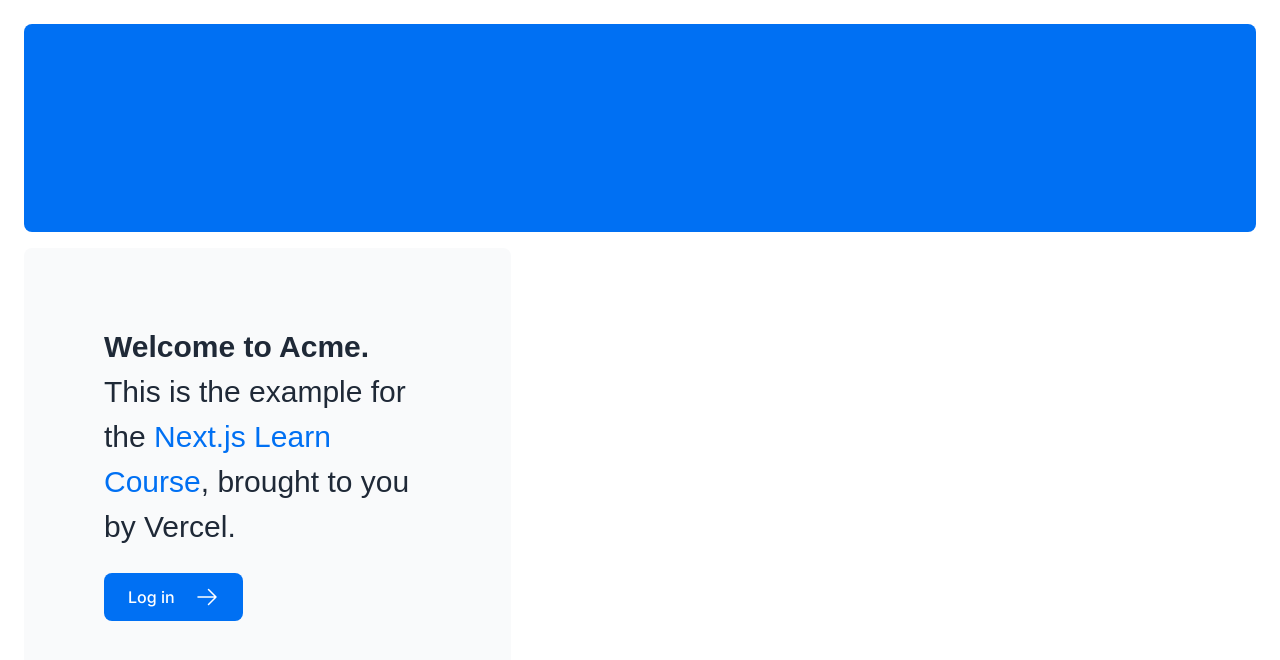
Repository: nooruddine/nfa-app
Page: /
The author's editor kept a copy of each file at every save. The page is drawn from the files as they stood at one save, then again after the next save.
The browser window is 1280 px wide. The pictures show the whole page.
Some web fonts or font styles are not loaded; a fallback is used. The project was rebuilt for these pictures with package versions that can differ from the ones it lists, and the page was loaded fresh each time. The framework's server and built-in components were replaced by stand-ins that run in the browser. Also part of the build but not shown: next.config.mjs.

Above is the page before, as saved 2024-08-22 23:34:55.

### app/layout.tsx

import '@/app/ui/global.css';
import { inter } from '@/app/ui/fonts';

export default function RootLayout({
  children,
}: {
  children: React.ReactNode;
}) {
  return (
    <html lang="en">
      <body className={`${inter.className} antialiased`}>{children}</body>
    </html>
  );
}

### app/page.tsx
import AcmeLogo from '@/app/ui/acme-logo';
import { ArrowRightIcon } from '@heroicons/react/24/outline';
import Link from 'next/link';
import styles from '@/app/ui/home.module.css';
import {lusitana} from '@/app/ui/fonts';

export default function Page() {
  return (
    <main className="flex min-h-screen flex-col p-6">
      <div className="flex h-20 shrink-0 items-end rounded-lg bg-blue-500 p-4 md:h-52">
        {/* <AcmeLogo /> */}
      </div>
      <div className="mt-4 flex grow flex-col gap-4 md:flex-row">
        <div className="flex flex-col justify-center gap-6 rounded-lg bg-gray-50 px-6 py-10 md:w-2/5 md:px-20">
          <p className={`text-xl text-gray-800 md:text-3xl md:leading-normal ${lusitana.className}`}>
            <strong>Welcome to Acme.</strong> This is the example for the{' '}
            <a href="https://nextjs.org/learn/" className="text-blue-500">
              Next.js Learn Course
            </a>
            , brought to you by Vercel.
          </p>
          <Link
            href="/login"
            className="flex items-center gap-5 self-start rounded-lg bg-blue-500 px-6 py-3 text-sm font-medium text-white transition-colors hover:bg-blue-400 md:text-base"
          >
            <span>Log in</span> <ArrowRightIcon className="w-5 md:w-6" />
          </Link>
        </div>
        <div className="flex items-center justify-center p-6 md:w-3/5 md:px-28 md:py-12">
          {/* Add Hero Images Here */}
        </div>
      </div>
    </main>
  );
}

### app/ui/fonts.ts
import {Inter , Lusitana} from 'next/font/google';


export const inter = Inter({subsets: ['latin']});
export const lusitana = Lusitana({
    weight: ['400', '700'],
    subsets: ['latin'],
  });

Loaded but not shown: app/ui/global.css (common file); tailwind.config.ts (common file); app/ui/acme-logo.tsx (common file)

After the next save:
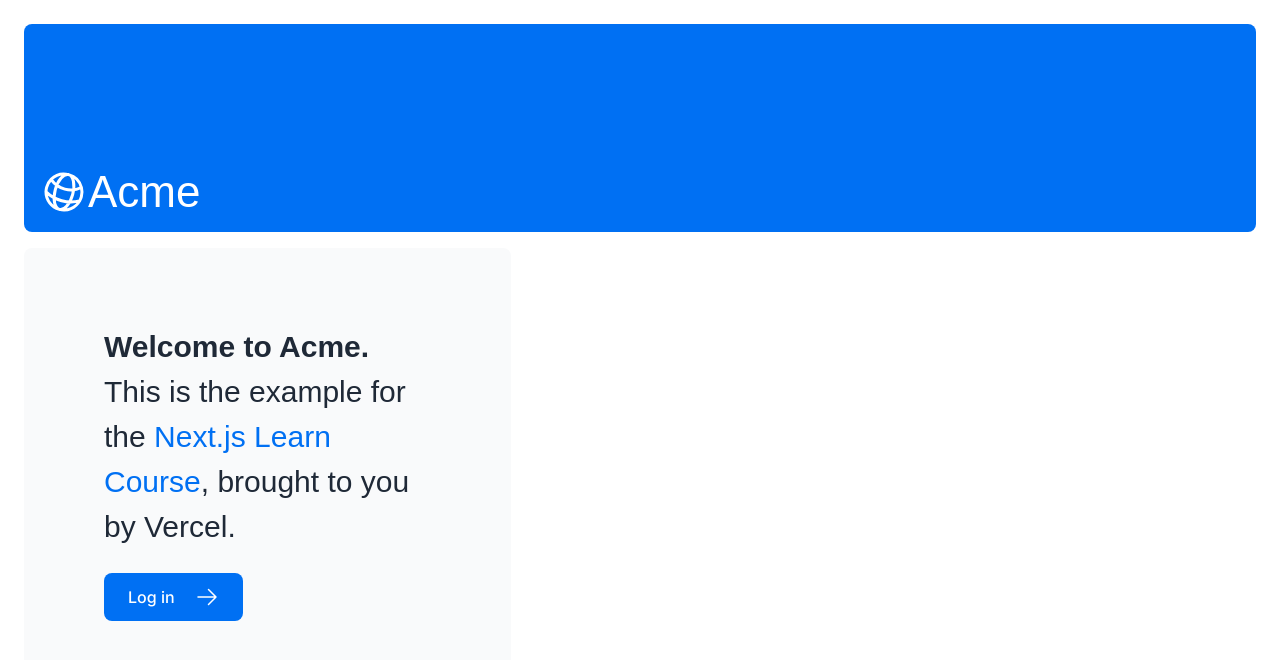
Saved 2 min 22 s later.
--- a/app/page.tsx
+++ b/app/page.tsx
@@ -8,7 +8,7 @@
   return (
     <main className="flex min-h-screen flex-col p-6">
       <div className="flex h-20 shrink-0 items-end rounded-lg bg-blue-500 p-4 md:h-52">
-        {/* <AcmeLogo /> */}
+        <AcmeLogo />
       </div>
       <div className="mt-4 flex grow flex-col gap-4 md:flex-row">
         <div className="flex flex-col justify-center gap-6 rounded-lg bg-gray-50 px-6 py-10 md:w-2/5 md:px-20">

After the 2 saves that followed:
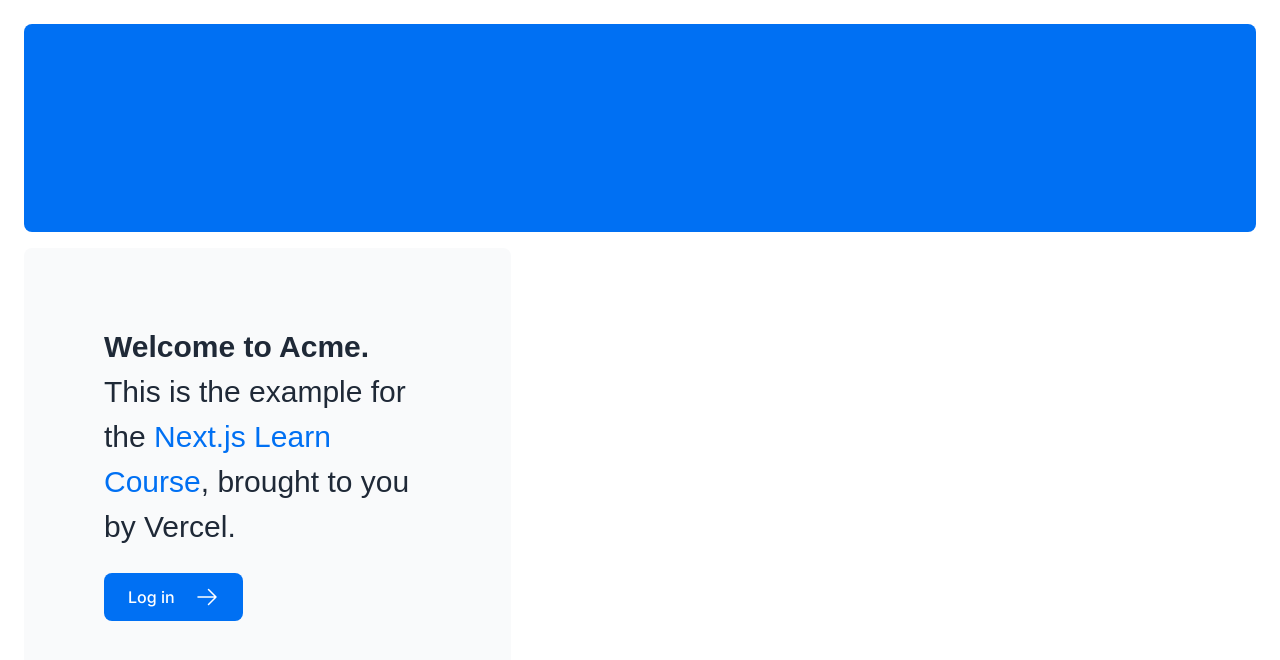
The 2 saves are shown as one change because 1 left the picture as it was.
The last was saved 2 min 58 s later.
--- a/app/page.tsx
+++ b/app/page.tsx
@@ -8,7 +8,8 @@
   return (
     <main className="flex min-h-screen flex-col p-6">
       <div className="flex h-20 shrink-0 items-end rounded-lg bg-blue-500 p-4 md:h-52">
-        <AcmeLogo />
+        {/* <AcmeLogo /> */}
+
       </div>
       <div className="mt-4 flex grow flex-col gap-4 md:flex-row">
         <div className="flex flex-col justify-center gap-6 rounded-lg bg-gray-50 px-6 py-10 md:w-2/5 md:px-20">
